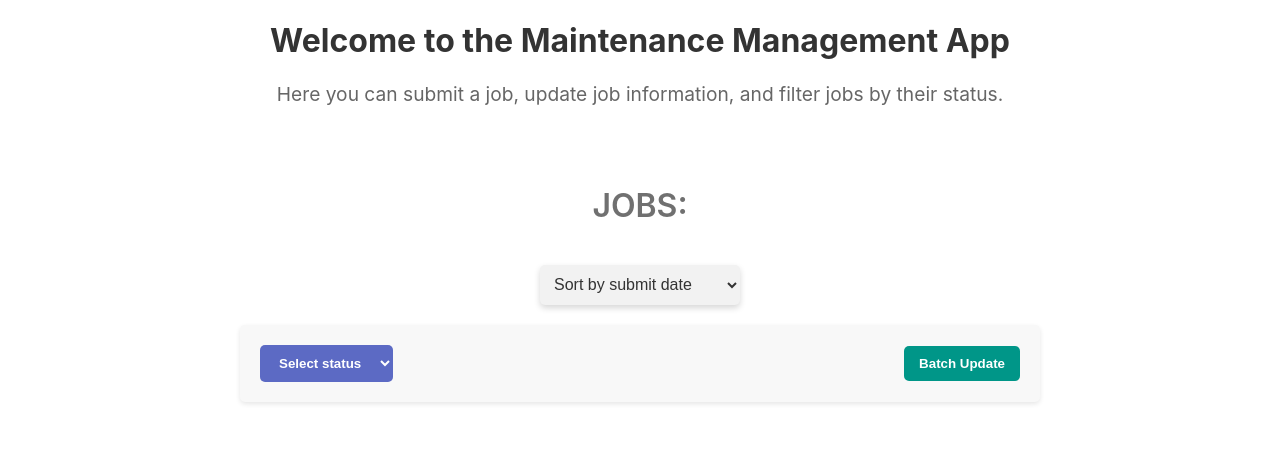
Repository: mikasteyn999/Maintenance-Manager-App
Page: /jobs (app in frontend/)
These files come from the project's save history. The page is drawn as it stood at one moment and after the next save; the edit follows.
The browser window is 1280 px wide. The pictures show the whole page.
The page's requests for data from a server got no answer. The project was rebuilt for these pictures with package versions that can differ from the ones it lists, and the page was loaded fresh each time. No one was signed in, and anything a server would have sent is missing. Also part of the build but not shown: frontend/src/style/JobForm.css, frontend/src/components/JobForm.js, frontend/src/style/Job.css, frontend/src/components/Job.js, frontend/src/components/Home.js, frontend/src/style/JobUpdateForm.css, frontend/src/components/JobUpdateForm.js.

Above is the page before, as saved 2023-06-01 12:47:18.

After the next save:
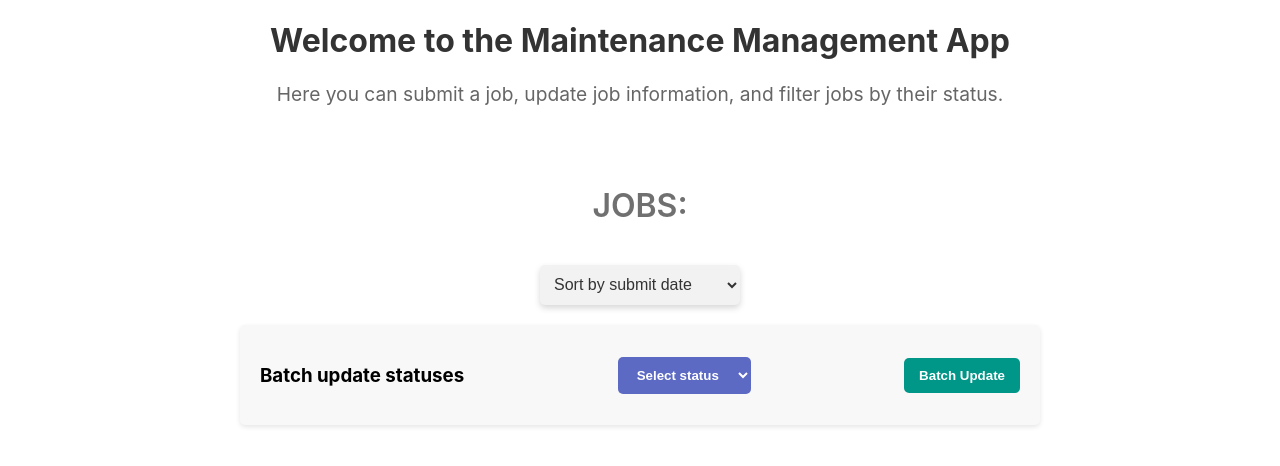
Saved 64 s later.
--- a/frontend/src/components/JobsList.js
+++ b/frontend/src/components/JobsList.js
@@ -67,6 +67,7 @@ const JobsList = () => {
         </select>
         {/* Batch update */}
         <div className='batch-update'>
+          <h3>Batch update statuses</h3>
           <select id="batchStatusUpdate" name="batchStatusUpdate">
             <option value="">Select status</option>
             <option value="status1">Submitted</option>
